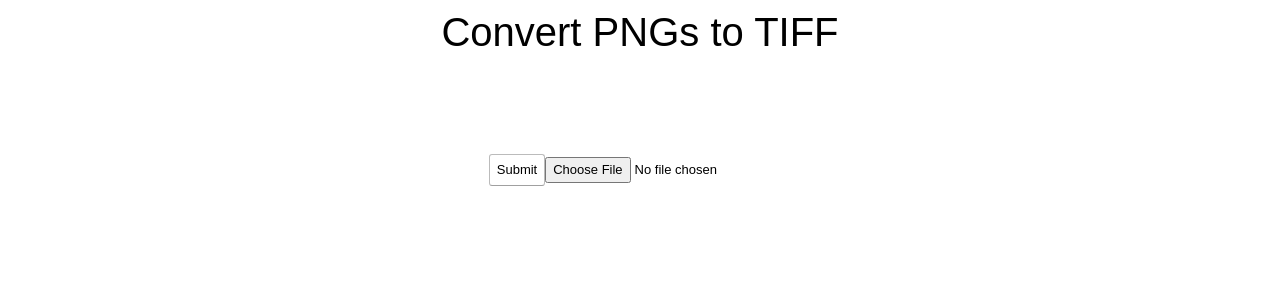
Repository: shadow1349/GWT-PNGToTIFF
Page: Application/war/Application.html
These files come from the project's save history. The page is drawn as it stood at one moment and after the next save; the edit follows.
The browser window is 1280 px wide. The pictures show the whole page.
Pictures or frames that could not be fetched are drawn as grey boxes. Some web libraries are served in a nearby version.

Above is the page before, as saved 2017-09-09 14:50:03.

### Application/war/Application.html
<!doctype html>
<!-- The DOCTYPE declaration above will set the     -->
<!-- browser's rendering engine into                -->
<!-- "Standards Mode". Replacing this declaration   -->
<!-- with a "Quirks Mode" doctype is not supported. -->

<html>
  <head>
    <meta http-equiv="content-type" content="text/html; charset=UTF-8">
    <meta name="viewport" content="width=device-width, initial-scale=1, shrink-to-fit=no">
    <!--                                                               -->
    <!-- Consider inlining CSS to reduce the number of requested files -->
    <!--                                                               -->
    <link type="text/css" rel="stylesheet" href="Application.css">
	<link rel="stylesheet" href="https://maxcdn.bootstrapcdn.com/bootstrap/4.0.0-beta/css/bootstrap.min.css" integrity="sha384-/Y6pD6FV/Vv2HJnA6t+vslU6fwYXjCFtcEpHbNJ0lyAFsXTsjBbfaDjzALeQsN6M" crossorigin="anonymous">
    <!--                                           -->
    <!-- Any title is fine                         -->
    <!--                                           -->
    <title>Converting a PNG to a TIFF</title>

    <!--                                           -->
    <!-- This script loads your compiled module.   -->
    <!-- If you add any GWT meta tags, they must   -->
    <!-- be added before this line.                -->
    <!--                                           -->
    <script type="text/javascript" language="javascript" src="application/application.nocache.js"></script>
  </head>

  <!--                                           -->
  <!-- The body can have arbitrary html, or      -->
  <!-- you can leave the body empty if you want  -->
  <!-- to create a completely dynamic UI.        -->
  <!--                                           -->
  <body>

    <h1>Convert PNGs to TIFF</h1>


	<script src="https://code.jquery.com/jquery-3.2.1.slim.min.js" integrity="sha384-KJ3o2DKtIkvYIK3UENzmM7KCkRr/rE9/Qpg6aAZGJwFDMVNA/GpGFF93hXpG5KkN" crossorigin="anonymous"></script>
	<script src="https://cdnjs.cloudflare.com/ajax/libs/popper.js/1.11.0/umd/popper.min.js" integrity="sha384-b/U6ypiBEHpOf/4+1nzFpr53nxSS+GLCkfwBdFNTxtclqqenISfwAzpKaMNFNmj4" crossorigin="anonymous"></script>
	<script src="https://maxcdn.bootstrapcdn.com/bootstrap/4.0.0-beta/js/bootstrap.min.js" integrity="sha384-h0AbiXch4ZDo7tp9hKZ4TsHbi047NrKGLO3SEJAg45jXxnGIfYzk4Si90RDIqNm1" crossorigin="anonymous"></script>
  </body>
</html>

### Application/war/Application.css
/** Add css rules here for your application. */


/** Example rules used by the template application (remove for your app) */
h1 {
  font-size: 2em;
  font-weight: bold;
  color: #777777;
  margin: 40px 0px 70px;
  text-align: center;
}

.sendButton {
  display: block;
  font-size: 16pt;
}

/** Most GWT widgets already have a style name defined */
.gwt-DialogBox {
  width: 400px;
}

.dialogVPanel {
  margin: 5px;
}

.serverResponseLabelError {
  color: red;
}

form {
	margin-top:100px;
}

/** Set ids using widget.getElement().setId("idOfElement") */
#closeButton {
  margin: 15px 6px 6px;
}

### Application/war/application/gwt/clean/clean.css
/**
 * The file contains styles for GWT widgets in the Clean theme.
 */

body, table td, select, button {
  font-family: Arial Unicode MS, Arial, sans-serif;
  font-size: small;
}
pre {
  font-family: "courier new", courier;
  font-size: small;
}
body {
  color: black;
  margin: 10px;
  border: 0px;
  padding: 0px;
  background: #fff;
  direction: ltr;
}
a, a:visited {
  color: #0066cc;
  text-decoration:none;
}

a:hover {
  color: #0066cc;
  text-decoration:underline;
}

select {
  background: white;
}

/**
 * The reference theme can be used to determine when this style sheet has
 * loaded.  Create a hidden div element with absolute position, assign the style
 * name below, and attach it to the DOM.  Use a timer to detect when the
 * element's height and width are set to 5px.
 */
.gwt-Reference-clean {
  height: 5px;
  width: 5px;
  zoom: 1;
}

.gwt-Button {
  margin: 0;
  padding: 5px 7px;
  text-decoration: none;
  cursor: pointer;
  cursor: hand;
  font-size:small;
  background: url("images/hborder.png") repeat-x 0px -2077px;
  border:1px solid #bbb;
  border-bottom: 1px solid #a0a0a0;
  border-radius: 3px;
 -moz-border-radius: 3px;
}
.gwt-Button:active {
  border: 1px inset #ccc;
}
.gwt-Button:hover {
  border-color: #939393;
}
.gwt-Button[disabled] {
  cursor: default;
  color: #888;
}
.gwt-Button[disabled]:hover {
  border: 1px outset #ccc;
}

.gwt-CheckBox {
}
.gwt-CheckBox-disabled {
  color: #888;
}

.gwt-DecoratorPanel {
}
.gwt-DecoratorPanel .topCenter {
  border-top: 1px solid #bbb;
  line-height: 0px;
}
.gwt-DecoratorPanel .bottomCenter {
  border-bottom: 1px solid #bbb;
  line-height: 0px;
}
.gwt-DecoratorPanel .topCenterInner,
.gwt-DecoratorPanel .bottomCenterInner {
  height: 1px;
  line-height: 0px;
  font-size: 1px;
}
.gwt-DecoratorPanel .middleLeft {
  border-left: 1px solid #bbb;
}
.gwt-DecoratorPanel .middleRight {
  border-right: 1px solid #bbb;
}
.gwt-DecoratorPanel .middleLeftInner,
.gwt-DecoratorPanel .middleRightInner {
  width: 1px;
  line-height: 1px;
}
.gwt-DecoratorPanel .topLeftInner,
.gwt-DecoratorPanel .topRightInner,
.gwt-DecoratorPanel .bottomLeftInner,
.gwt-DecoratorPanel .bottomRightInner {
  width: 5px;
  height: 5px;
  zoom: 1;
  font-size: 1px;
  overflow: hidden;
}
.gwt-DecoratorPanel .topLeft {
  line-height: 0px;
  background: url(images/circles.png) no-repeat 0px -6px;
}
.gwt-DecoratorPanel .topRight {
  line-height: 0px;
  background: url(images/circles.png) no-repeat -5px -6px;
}
.gwt-DecoratorPanel .bottomLeft {
  line-height: 0px;
  background: url(images/circles.png) no-repeat 0px -11px;
}
.gwt-DecoratorPanel .bottomRight {
  line-height: 0px;
  background: url(images/circles.png) no-repeat -5px -11px;
}

.gwt-DialogBox .Caption {
  background: #F1F1F1;
  padding: 4px 8px 4px 4px;
  cursor: default;
  font-family: Arial Unicode MS, Arial, sans-serif;
  font-weight: bold;
  border-bottom: 1px solid #bbbbbb;
  border-top: 1px solid #D2D2D2;
}
.gwt-DialogBox .dialogContent {
}
.gwt-DialogBox .dialogMiddleCenter {
  padding: 3px;
  background: white;
}
.gwt-DialogBox .dialogBottomCenter {
  background: url(images/hborder.png) repeat-x 0px -2945px;
}
.gwt-DialogBox .dialogMiddleLeft {
  background: url(images/vborder.png) repeat-y -31px 0px;
}
.gwt-DialogBox .dialogMiddleRight {
  background: url(images/vborder.png) repeat-y -32px 0px;
}
.gwt-DialogBox .dialogTopLeftInner {
  width: 10px;
  height: 8px;
  zoom: 1;
}
.gwt-DialogBox .dialogTopRightInner {
  width: 12px;
  zoom: 1;
}
.gwt-DialogBox .dialogBottomLeftInner {
  width: 10px;
  height: 12px;
  zoom: 1;
}
.gwt-DialogBox .dialogBottomRightInner {
  width: 12px;
  height: 12px;
  zoom: 1;
}
.gwt-DialogBox .dialogTopLeft {
  background: url(images/circles.png) no-repeat -20px 0px;
}
.gwt-DialogBox .dialogTopRight {
  background: url(images/circles.png) no-repeat -28px 0px;
}
.gwt-DialogBox .dialogBottomLeft {
  background: url(images/circles.png) no-repeat 0px -36px;
}
.gwt-DialogBox .dialogBottomRight {
  background: url(images/circles.png) no-repeat -8px -36px;
}

.gwt-DisclosurePanel {
}
.gwt-DisclosurePanel-open {
}
.gwt-DisclosurePanel-closed {
}
.gwt-DisclosurePanel .header,
.gwt-DisclosurePanel .header a,
.gwt-DisclosurePanel .header td {
  text-decoration: none;  /* Remove underline from header */
  color: black;
  cursor: pointer;
  cursor: hand;
}
.gwt-DisclosurePanel .content {
  border-left: 3px solid #e7e7e7;
  padding: 4px 0px 4px 8px;
  margin-left: 6px;
}

.gwt-FileUpload {
}

.gwt-Frame {
  border-top: 2px solid #666;
  border-left: 2px solid #666;
  border-right: 2px solid #bbb;
  border-bottom: 2px solid #bbb;
}

.gwt-HorizontalSplitPanel {
}
.gwt-HorizontalSplitPanel .hsplitter {
  cursor: move;
  border: 0px;
  background: #e7e7e7;
  line-height: 0px;
}
.gwt-VerticalSplitPanel {
}
.gwt-VerticalSplitPanel .vsplitter {
  cursor: move;
  border: 0px;
  background: #e7e7e7;
  line-height: 0px;
}

.gwt-HTML {
  padding: 0 0px;
}

.gwt-Hyperlink {
  cursor: pointer;
}

.gwt-Image {
}

.gwt-Label {
}

.gwt-ListBox {
}

.gwt-MenuBar {
  cursor: default;
}
.gwt-MenuBar .gwt-MenuItem {
  cursor: default;
  font-family: Arial Unicode MS, Arial, sans-serif;
}
.gwt-MenuBar .gwt-MenuItem-selected {
  background: #E3E8F3;
}
.gwt-MenuBar-horizontal {
  background: #e3e8f3 url(images/hborder.png) repeat-x 0px -2003px;
  border: 1px solid #e0e0e0;
}
.gwt-MenuBar-horizontal .gwt-MenuItem {
  padding: 5px 10px;
  vertical-align: bottom;
  color: #000;
  font-weight: bold;
}
.gwt-MenuBar-horizontal .gwt-MenuItemSeparator {
  width: 1px;
  padding: 0px;
  margin: 0px;
  border: 0px;
  border-left: 1px solid #ccc;
  background: white;
}
.gwt-MenuBar-horizontal .gwt-MenuItemSeparator .menuSeparatorInner {
  width: 1px;
  height: 1px;
  background: white;
}
.gwt-MenuBar-vertical {
  margin-top: 0px;
  margin-left: 0px;
  background: white;
}
.gwt-MenuBar-vertical table {
  border-collapse: collapse;
}
.gwt-MenuBar-vertical .gwt-MenuItem {
  padding: 2px 40px 2px 1px;
}
.gwt-MenuBar-vertical .gwt-MenuItemSeparator {
  padding: 2px 0px;
}
.gwt-MenuBar-vertical .gwt-MenuItemSeparator .menuSeparatorInner {
  height: 1px;
  padding: 0px;
  border: 0px;
  border-top: 1px solid #ccc;
  overflow: hidden;
}
.gwt-MenuBar-vertical .subMenuIcon {
  padding-right: 4px;
}
.gwt-MenuBar-vertical .subMenuIcon-selected {
  background: #E3E8F3;
}
.gwt-MenuBarPopup .menuPopupTopCenter {
  background: url(images/hborder.png) 0px -12px repeat-x;
}
.gwt-MenuBarPopup .menuPopupBottomCenter {
  background: url(images/hborder.png) 0px -13px repeat-x;
}
.gwt-MenuBarPopup .menuPopupMiddleLeft {
  background: url(images/vborder.png) -12px 0px repeat-y;
}
.gwt-MenuBarPopup .menuPopupMiddleRight {
  background: url(images/vborder.png) -13px 0px repeat-y;
}
.gwt-MenuBarPopup .menuPopupTopLeftInner {
  width: 5px;
  height: 5px;
  zoom: 1;
}
.gwt-MenuBarPopup .menuPopupTopRightInner {
  width: 8px;
  height: 5px;
  zoom: 1;
}
.gwt-MenuBarPopup .menuPopupBottomLeftInner {
  width: 5px;
  height: 8px;
  zoom: 1;
}
.gwt-MenuBarPopup .menuPopupBottomRightInner {
  width: 8px;
  height: 8px;
  zoom: 1;
}
.gwt-MenuBarPopup .menuPopupTopLeft {
  background: url(images/corner.png) no-repeat 0px -36px;
}
.gwt-MenuBarPopup .menuPopupTopRight {
  background: url(images/corner.png) no-repeat -5px -36px;
}
.gwt-MenuBarPopup .menuPopupBottomLeft {
  background: url(images/corner.png) no-repeat 0px -41px;
}
.gwt-MenuBarPopup .menuPopupBottomRight {
  background: url(images/corner.png) no-repeat -5px -41px;
}

.gwt-PasswordTextBox {
  padding: 5px 4px;
  border: 1px solid #ccc;
  border-top: 1px solid #999;
  font-size: 100%;
}
.gwt-PasswordTextBox-readonly {
  color: #888;
}

.gwt-PopupPanel {
  border: 3px solid #e7e7e7;
  padding: 3px;
  background: white;
}

.gwt-DecoratedPopupPanel .popupContent {
}
.gwt-DecoratedPopupPanel .popupMiddleCenter {
  padding: 3px;
  background: #f1f1f1;
}
.gwt-DecoratedPopupPanel .popupTopCenter {
  background: url(images/hborder.png) 0px -2937px repeat-x;
}
.gwt-DecoratedPopupPanel .popupBottomCenter {
  background:  url(images/hborder.png) repeat-x 0px -2938px;
}
.gwt-DecoratedPopupPanel .popupMiddleLeft {
  background: url(images/vborder.png) -21px 0px repeat-y;
}
.gwt-DecoratedPopupPanel .popupMiddleRight {
  background: url(images/vborder.png) repeat-y -24px 0px;
}
.gwt-DecoratedPopupPanel .popupTopLeftInner {
  width: 6px;
  height: 5px;
  zoom: 1;
}
.gwt-DecoratedPopupPanel .popupTopRightInner {
  width: 6px;
  height: 5px;
  zoom: 1;
}
.gwt-DecoratedPopupPanel .popupBottomLeftInner {
  width: 6px;
  height: 6px;
  zoom: 1;
}
.gwt-DecoratedPopupPanel .popupBottomRightInner {
  width: 6px;
  height: 6px;
  zoom: 1;
}
.gwt-DecoratedPopupPanel .popupTopLeft {
  background: url(images/circles.png) no-repeat 0px -16px;
}
.gwt-DecoratedPopupPanel .popupTopRight {
  background: url(images/circles.png) no-repeat -6px -16px;
}
.gwt-DecoratedPopupPanel .popupBottomLeft {
  background: url(images/circles.png) no-repeat 0px -21px;
}
.gwt-DecoratedPopupPanel .popupBottomRight {
  background: url(images/circles.png) no-repeat -6px -21px;
}

.gwt-PopupPanelGlass {
  background-color: #000;
  opacity: 0.3;
  filter: alpha(opacity=30);
}

.gwt-PushButton-up,
.gwt-PushButton-up-hovering,
.gwt-PushButton-up-disabled,
.gwt-PushButton-down,
.gwt-PushButton-down-hovering,
.gwt-PushButton-down-disabled {
  margin: 0;
  text-decoration: none;
  background: url("images/hborder.png") repeat-x 0px -27px;
  border-radius: 2px;
  -moz-border-radius: 2px;
}
.gwt-PushButton-up,
.gwt-PushButton-up-hovering,
.gwt-PushButton-up-disabled {
  padding: 3px 5px 3px 5px;
}
.gwt-PushButton-up {
  border:1px solid #bbb;
  border-bottom: 1px solid #a0a0a0;
  cursor: pointer;
  cursor: hand;
}
.gwt-PushButton-up-hovering {
  border: 1px solid;
  border-color: #939393;
  cursor: pointer;
  cursor: hand;
}
.gwt-PushButton-up-disabled {
  border: 1px solid #bbb;
  cursor: default;
  opacity: .5;
  filter: alpha(opacity=45);
  zoom: 1;
}
.gwt-PushButton-down,
.gwt-PushButton-down-hovering,
.gwt-PushButton-down-disabled {
  padding: 4px 4px 2px 6px;
  outline:none;
}
.gwt-PushButton-down {
  border: 1px inset #666;
  cursor: pointer;
  cursor: hand;
}
.gwt-PushButton-down-hovering {
  border: 1px solid #939393;
  border-top: 1px solid #333333;
  cursor: pointer;
  cursor: hand;
}
.gwt-PushButton-down-disabled {
  border: 1px outset #ccc;
  cursor: default;
  opacity: 0.5;
  filter: alpha(opacity=45);
  zoom: 1;
}

.gwt-RadioButton {
}
.gwt-RadioButton-disabled {
  color: #888;
}

.gwt-RichTextArea {
}
.hasRichTextToolbar {
  border: 0px;
}
.gwt-RichTextToolbar {
  background: #e3e8f3 url(images/hborder.png) repeat-x 0px -2003px;
  border-bottom: 1px solid #BBBBBB;
  padding: 3px;
  margin: 0px;
}
.gwt-RichTextToolbar .gwt-PushButton-up {
  padding: 0px 1px 0px 0px;
  margin-right: 4px;
  margin-bottom: 4px;
  border-width: 1px;
}
.gwt-RichTextToolbar .gwt-PushButton-up-hovering {
  margin-right: 4px;
  margin-bottom: 4px;
  padding: 0px 1px 0px 0px;
  border-width: 1px;
}
.gwt-RichTextToolbar .gwt-PushButton-down {
  margin-right: 4px;
  margin-bottom: 4px;
  padding: 0px 0px 0px 1px;
  border-width: 1px;
}
.gwt-RichTextToolbar .gwt-PushButton-down-hovering {
  margin-right: 4px;
  margin-bottom: 4px;
  padding: 0px 0px 0px 1px;
  border-width: 1px;
}
.gwt-RichTextToolbar .gwt-ToggleButton-up {
  margin-right: 4px;
  margin-bottom: 4px;
  padding: 0px 1px 0px 0px;
  border:1px solid #bbb;
  border-bottom: 1px solid #a0a0a0;
}
.gwt-RichTextToolbar .gwt-ToggleButton-up-hovering {
  margin-right: 4px;
  margin-bottom: 4px;
  padding: 0px 1px 0px 0px;
  border-width: 1px;
}
.gwt-RichTextToolbar .gwt-ToggleButton-down {
  margin-right: 4px;
  margin-bottom: 4px;
  padding: 0px 0px 0px 1px;
  border-width: 1px;
}
.gwt-RichTextToolbar .gwt-ToggleButton-down-hovering {
  margin-right: 4px;
  margin-bottom: 4px;
  padding: 0px 0px 0px 1px;
  border-width: 1px;
}

.gwt-StackPanel {
  border-bottom: 1px solid #bbbbbb;
}
.gwt-StackPanel .gwt-StackPanelItem {
  cursor: pointer;
  cursor: hand;
  font-weight: bold;
  font-size: 1.3em;
  padding: 3px;
  border: 1px solid #bbbbbb;
  border-bottom: 0px;
  background: #d3def6 url(images/hborder.png) repeat-x 0px -989px;
}
.gwt-StackPanel .gwt-StackPanelContent {
  border: 1px solid #bbbbbb;
  border-bottom: 0px;
  background: white;
  padding: 2px 2px 10px 5px;
}

.gwt-DecoratedStackPanel {
  border-bottom: 1px solid #bbbbbb;
}
.gwt-DecoratedStackPanel .gwt-StackPanelContent {
  border: 1px solid #bbbbbb;
  border-bottom: 0px;
  background: white;
  padding: 2px 2px 10px 5px;
}
.gwt-DecoratedStackPanel .gwt-StackPanelItem {
  cursor: pointer;
  cursor: hand;
}
.gwt-DecoratedStackPanel .stackItemTopLeft,
.gwt-DecoratedStackPanel .stackItemTopRight {
  height: 6px;
  width: 6px;
  zoom: 1;
}
.gwt-DecoratedStackPanel .stackItemTopLeft {
  border-left: 1px solid #bbbbbb;
  background: #d3def6 url(images/corner.png) no-repeat 0px -49px;
}
.gwt-DecoratedStackPanel .stackItemTopRight {
  border-right: 1px solid #bbbbbb;
  background: #d3def6 url(images/corner.png) no-repeat -6px -49px;
}
.gwt-DecoratedStackPanel .stackItemTopLeftInner,
.gwt-DecoratedStackPanel .stackItemTopRightInner {
  width: 1px;
  height: 1px;
}

.gwt-DecoratedStackPanel .stackItemTopCenter {
  background: url(images/hborder.png) 0px -21px repeat-x;
}
.gwt-DecoratedStackPanel .stackItemMiddleLeft {
  background: #d3def6 url(images/hborder.png) repeat-x 0px -989px;
  border-left: 1px solid #bbbbbb;
}
.gwt-DecoratedStackPanel .stackItemMiddleLeftInner,
.gwt-DecoratedStackPanel .stackItemMiddleRightInner {
  width: 1px;
  height: 1px;
}
.gwt-DecoratedStackPanel .stackItemMiddleRight {
  background: #d3def6 url(images/hborder.png) repeat-x 0px -989px;
  border-right: 1px solid #bbbbbb;
}
.gwt-DecoratedStackPanel .stackItemMiddleCenter {
  font-weight: bold;
  font-size: 1.3em;
  background: #d3def6 url(images/hborder.png) repeat-x 0px -989px;
}
.gwt-DecoratedStackPanel .gwt-StackPanelItem-first .stackItemTopRight,
.gwt-DecoratedStackPanel .gwt-StackPanelItem-first .stackItemTopLeft {
  border: 0px;
  background-color: white;
}
.gwt-DecoratedStackPanel .gwt-StackPanelItem-below-selected .stackItemTopLeft,
.gwt-DecoratedStackPanel .gwt-StackPanelItem-below-selected .stackItemTopRight {
  background-color: white;
}

.gwt-SuggestBox {
  padding: 5px 4px;
  border: 1px solid #ccc;
  border-top: 1px solid #999;
  font-size: 100%;
  font-family: Arial Unicode MS, Arial, sans-serif;
}

.gwt-SuggestBoxPopup {
}

.gwt-SuggestBoxPopup .item {
  padding: 2px 6px;
  color: #000;
  cursor: default;
  font-size: 110%;
}
.gwt-SuggestBoxPopup .item-selected {
  background: #D5E2FF;
}
.gwt-SuggestBoxPopup .suggestPopupContent {
  background: white;
}
.gwt-SuggestBoxPopup .suggestPopupTopCenter {
  border-top: 1px solid #bbb;
}
.gwt-SuggestBoxPopup .suggestPopupBottomCenter {
  border-bottom: 1px solid #bbb;
}
.gwt-SuggestBoxPopup .suggestPopupTopCenterInner,
.gwt-SuggestBoxPopup .suggestPopupBottomCenterInner {
  height: 1px;
  line-height: 1px;
}
.gwt-SuggestBoxPopup .suggestPopupMiddleLeft {
  border-left: 1px solid #bbb;
}
.gwt-SuggestBoxPopup .suggestPopupMiddleRight {
  border-right: 1px solid #bbb;
}
.gwt-SuggestBoxPopup .suggestPopupMiddleLeftInner,
.gwt-SuggestBoxPopup .suggestPopupMiddleRightInner {
  width: 1px;
  line-height: 1px;
}
.gwt-SuggestBoxPopup .suggestPopupTopLeftInner {
  width: 0px;
  height: 0px;
  zoom: 1;
}
.gwt-SuggestBoxPopup .suggestPopupTopRightInner {
  width: 0px;
  height: 0px;
  zoom: 1;
}
.gwt-SuggestBoxPopup .suggestPopupBottomLeftInner {
  width: 0px;
  height: 0px;
  zoom: 1;
}
.gwt-SuggestBoxPopup .suggestPopupBottomRightInner {
  width: 0px;
  height: 0px;
  zoom: 1;
}
.gwt-SuggestBoxPopup .suggestPopupTopLeft {
  background: url(images/circles.png) no-repeat 0px -6px;
  width:5px;
  height:5px;
}
.gwt-SuggestBoxPopup .suggestPopupTopRight {
  background: url(images/circles.png) no-repeat -5px -6px;
  width:5px;
  height:5px;
}
.gwt-SuggestBoxPopup .suggestPopupBottomLeft {
  background: url(images/circles.png) no-repeat 0px -11px;
  width:5px;
  height:5px;
}
.gwt-SuggestBoxPopup .suggestPopupBottomRight {
  background: url(images/circles.png) no-repeat -5px -11px;
  width:5px;
  height:5px;
}

.gwt-TabBar {
  background: #ccc;
  padding-top: 6px;
}
.gwt-TabBar .gwt-TabBarFirst {
  width: 5px;  /* first tab distance from the left */
}
.gwt-TabBar .gwt-TabBarRest {
}
.gwt-TabBar .gwt-TabBarItem {
  margin-left: 4px;
  padding: 4px 8px 4px 8px;
  cursor: pointer;
  cursor: hand;
  color: white;
  font-weight: normal;
  text-align: center;
  background: #8E8E8E;
  -moz-border-radius: 3px 3px 0px 0px;
  border-radius: 3px 3px 0px 0px;
}
.gwt-TabBar .gwt-TabBarItem-selected {
  cursor: default;
  background: white;
  color: #333;
  font-weight: bold;
}
.gwt-TabBar .gwt-TabBarItem-disabled {
  cursor: default;
  color: #999999;
}
.gwt-TabPanel {
}
.gwt-TabPanelBottom {
  border-color: #ccc;
  border-style: solid;
  border-width: 0px 1px 1px;
  overflow: hidden;
  padding: 6px;
}
.gwt-DecoratedTabBar {
  background: #ccc;
  padding-top: 6px;
}
.gwt-DecoratedTabBar .gwt-TabBarFirst {
  width: 5px;  /* first tab distance from the left */
}
.gwt-DecoratedTabBar .gwt-TabBarRest {
}
.gwt-DecoratedTabBar .gwt-TabBarItem {
  border-collapse: collapse;
  margin-left: 4px;
}
.gwt-DecoratedTabBar .tabTopCenter {
  padding: 0px;
  background: #8E8E8E;
}
.gwt-DecoratedTabBar .tabTopLeft,
.gwt-DecoratedTabBar .tabTopRight {
  padding: 0px;
  zoom: 1;
}
.gwt-DecoratedTabBar .tabTopLeftInner,
.gwt-DecoratedTabBar .tabTopRightInner {
  width: 3px;
  height: 3px;
}
.gwt-DecoratedTabBar .tabTopLeft {
  background: url(images/circles.png) no-repeat 0px 0px;
}
.gwt-DecoratedTabBar .tabTopRight {
  background: url(images/circles.png) no-repeat -3px 0px;
}

.gwt-DecoratedTabBar .tabMiddleLeft,
.gwt-DecoratedTabBar .tabMiddleRight {
  width: 3px;
  padding: 0px;
  background: #8E8E8E;
}
.gwt-DecoratedTabBar .tabMiddleLeftInner,
.gwt-DecoratedTabBar .tabMiddleRightInner {
  width: 1px;
  height: 1px;
}
.gwt-DecoratedTabBar .tabMiddleCenter {
  padding: 0px 5px 4px 5px;
  cursor: pointer;
  cursor: hand;
  color: #fff;
  font-weight: normal;
  text-align: center;
  background: #8E8E8E;
}
.gwt-DecoratedTabBar .gwt-TabBarItem-selected .tabTopCenter {
  background:#fff;
}
.gwt-DecoratedTabBar .gwt-TabBarItem-selected .tabTopLeft {
  background: url(images/circles.png) no-repeat -6px 0px;
}
.gwt-DecoratedTabBar .gwt-TabBarItem-selected .tabTopRight {
  background: url(images/circles.png) no-repeat -9px 0px;
}
.gwt-DecoratedTabBar .gwt-TabBarItem-selected .tabMiddleLeft,
.gwt-DecoratedTabBar .gwt-TabBarItem-selected .tabMiddleRight {
  background: #fff;
}
.gwt-DecoratedTabBar .gwt-TabBarItem-selected .tabMiddleCenter {
  cursor: default;
  background: #fff;
  color:#333;
  font-weight:bold;
}
.gwt-DecoratedTabBar .gwt-TabBarItem-disabled .tabMiddleCenter {
  cursor: default;
  color: #999999;
}

.gwt-TextArea {
  padding: 4px;
  border: 1px solid #ccc;
  border-top: 1px solid #666;
  font-size: 100%;
  font-family: Arial Unicode MS, Arial, sans-serif;
}
.gwt-TextArea-readonly {
  color: #888;
}

.gwt-TextBox {
  padding: 5px 4px;
  border: 1px solid #ccc;
  border-top: 1px solid #999;
  font-size: small;
  font-family: Arial Unicode MS, Arial, sans-serif;
}
.gwt-TextBox-readonly {
  color: #888;
}
.gwt-ToggleButton-up,
.gwt-ToggleButton-up-hovering,
.gwt-ToggleButton-up-disabled,
.gwt-ToggleButton-down,
.gwt-ToggleButton-down-hovering,
.gwt-ToggleButton-down-disabled {
  margin: 0;
  text-decoration: none;
  background: url("images/hborder.png") repeat-x 0px -27px;
  -moz-border-radius: 2px;
  border-radius: 2px;
}
.gwt-ToggleButton-up,
.gwt-ToggleButton-up-hovering,
.gwt-ToggleButton-up-disabled {
  padding: 3px 5px 3px 5px;
}
.gwt-ToggleButton-up {
  border:1px solid #bbb;
  border-bottom: 1px solid #a0a0a0;
  cursor: pointer;
  cursor: hand;
}
.gwt-ToggleButton-up-hovering {
  border: 1px solid;
  border-color: #939393;
  cursor: pointer;
  cursor: hand;
}
.gwt-ToggleButton-up-disabled {
  border: 1px solid #bbb;
  cursor: default;
  opacity: .5;
  zoom: 1;
  filter: alpha(opacity=45);
}
.gwt-ToggleButton-down,
.gwt-ToggleButton-down-hovering,
.gwt-ToggleButton-down-disabled {
  padding: 4px 4px 2px 6px;
}
.gwt-ToggleButton-down {
  background-position: 0 -513px;
  border: 1px inset #666;
  cursor: pointer;
  cursor: hand;
}
.gwt-ToggleButton-down-hovering {
  background-position: 0 -513px;
  border: 1px inset;
  border-color: #9cf #69e #69e #7af;
  cursor: pointer;
  cursor: hand;
}
.gwt-ToggleButton-down-disabled {
  background-position: 0 -513px;
  border: 1px inset #ccc;
  cursor: default;
  opacity: .5;
  zoom: 1;
  filter: alpha(opacity=45);
}

.gwt-Tree .gwt-TreeItem {
  padding: 1px 0px;
  margin: 0px;
  white-space: nowrap;
  cursor: hand;
  cursor: pointer;
}
.gwt-Tree .gwt-TreeItem-selected {
  background: #ebeff9;
}
.gwt-TreeItem .gwt-RadioButton input,
.gwt-TreeItem .gwt-CheckBox input {
  margin-left: 0px;
}

.gwt-DateBox {
  padding: 5px 4px;
  border: 1px solid #ccc;
  border-top: 1px solid #999;
  font-size: 100%;
}
.gwt-DateBox input {
  width: 8em;
}
.dateBoxFormatError {
  background: #ffcccc;
}
.dateBoxPopup {
}

.gwt-DatePicker {
  border: 1px solid #ccc;
  border-top:1px solid #999;
  cursor: default;
}
.gwt-DatePicker td,
.datePickerMonthSelector td:focus {
  outline: none;
}
.datePickerDays {
  width: 100%;
  background: white;
}
.datePickerDay,
.datePickerWeekdayLabel,
.datePickerWeekendLabel {
  font-size: 85%;
  text-align: center;
  padding: 4px;
  outline: none;
  font-weight:bold;
  color:#333;
  border-right: 1px solid #EDEDED;
  border-bottom: 1px solid #EDEDED;
}
.datePickerWeekdayLabel,
.datePickerWeekendLabel {
  background: #fff;
  padding: 0px 4px 2px;
  cursor: default;
  color:#666;
  font-size:70%;
  font-weight:normal;
}
.datePickerDay {
  padding: 4px 7px;
  cursor: hand;
  cursor: pointer;
}
.datePickerDayIsWeekend {
  background: #f7f7f7;
}
.datePickerDayIsFiller {
  color: #999;
  font-weight:normal;
}
.datePickerDayIsValue {
  background: #d7dfe8;
}
.datePickerDayIsDisabled {
  color: #AAAAAA;
  font-style: italic;
}
.datePickerDayIsHighlighted {
  background: #F0E68C;
}
.datePickerDayIsValueAndHighlighted {
  background: #d7dfe8;
}
.datePickerDayIsToday {
  padding: 3px;
  color: #fff;
  background: url(images/hborder.png) repeat-x 0px -2607px;
}

.datePickerMonthSelector {
  width: 100%;
  padding: 1px 0 5px 0;
  background: #fff;
}
td.datePickerMonth,
td.datePickerYear {
  text-align: center;
  vertical-align: middle;
  white-space: nowrap;
  font-size: 100%;
  font-weight: bold;
  color: #333;
}
.datePickerPreviousButton,
.datePickerNextButton,
.datePickerPreviousYearButton,
.datePickerNextYearButton {
  font-size: 120%;
  line-height: 1em;
  color: #3a6aad;
  cursor: hand;
  cursor: pointer;
  font-weight: bold;
  padding: 0px 4px;
  outline: none;
}

.gwt-StackLayoutPanel {
  border-bottom: 1px solid #bbbbbb;
}
.gwt-StackLayoutPanel .gwt-StackLayoutPanelHeader {
  cursor: pointer;
  cursor: hand;
  font-weight: bold;
  font-size: 1.3em;
  padding: 3px;
  border: 1px solid #bbbbbb;
  border-bottom: 0px;
  background: #d3def6 url(images/hborder.png) repeat-x 0px -989px;
}
.gwt-StackLayoutPanel .gwt-StackLayoutPanelHeader-hovering {
  background: #d3def6;
}
.gwt-StackLayoutPanel .gwt-StackLayoutPanelContent {
  border: 1px solid #bbbbbb;
  border-bottom: 0px;
  background: white;
  padding: 2px 2px 10px 5px;
}

.gwt-TabLayoutPanel {
}
.gwt-TabLayoutPanel .gwt-TabLayoutPanelTabs {
  background: #ccc;
  padding-top: 6px;
  padding-left: 5px;
}
.gwt-TabLayoutPanel .gwt-TabLayoutPanelContentContainer {
  border-color: #ccc;
  border-style: solid;
  border-width: 0px 1px 1px;
}
.gwt-TabLayoutPanel .gwt-TabLayoutPanelContent {
  overflow: hidden;
  padding: 6px;
}
.gwt-TabLayoutPanel .gwt-TabLayoutPanelTab {
  margin-left: 4px;
  padding: 4px 8px 4px 8px;
  cursor: pointer;
  cursor: hand;
  color: white;
  font-weight: normal;
  text-align: center;
  background: #8E8E8E;
  -moz-border-radius: 3px 3px 0px 0px;
  border-radius: 3px 3px 0px 0px;
}
.gwt-TabLayoutPanel .gwt-TabLayoutPanelTab-selected {
  cursor: default;
  background: white;
  color: #333;
  font-weight: bold;
}

.gwt-SplitLayoutPanel-HDragger {
  background: #e7e7e7 url(images/thumb_vertical.png) center center no-repeat;
  cursor: col-resize;
}

.gwt-SplitLayoutPanel-VDragger {
  background: #e7e7e7 url(images/thumb_horz.png) center center no-repeat;
  cursor: row-resize;
}

Loaded but not shown: Application/war/application/84E378493C91FA820048AB47DB53065F.cache.js (library); Application/war/application/application.nocache.js (27 lines, source omitted)

After the next save:
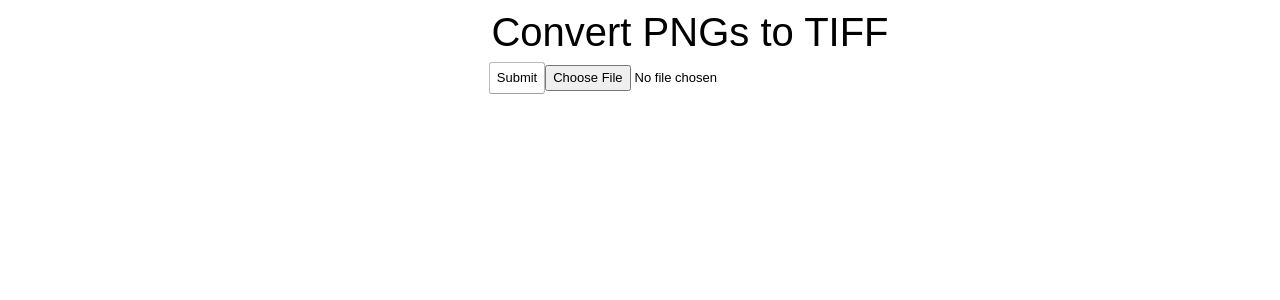
Saved 110 s later.
--- a/Application/war/Application.css
+++ b/Application/war/Application.css
@@ -6,7 +6,7 @@ h1 {
   font-size: 2em;
   font-weight: bold;
   color: #777777;
-  margin: 40px 0px 70px;
+  margin: 40px 0px 70px 100px;
   text-align: center;
 }
 
@@ -28,10 +28,6 @@ h1 {
   color: red;
 }
 
-form {
-	margin-top:100px;
-}
-
 /** Set ids using widget.getElement().setId("idOfElement") */
 #closeButton {
   margin: 15px 6px 6px;
